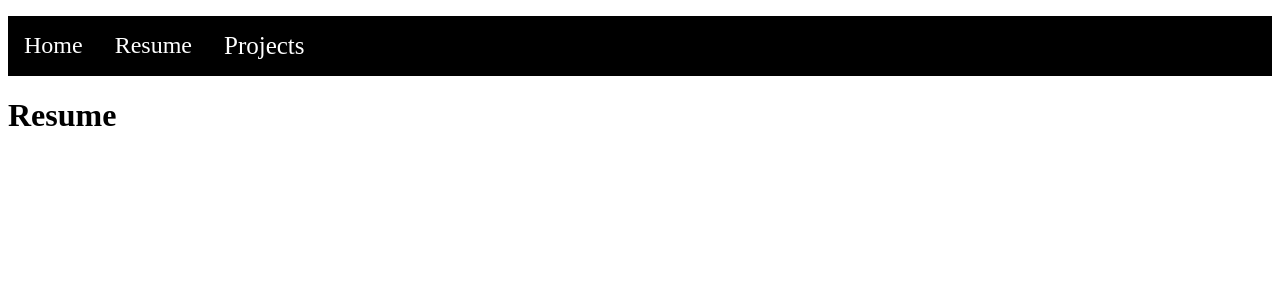
Repository: GunnarStone/GunnarStone.github.io
Page: resume.html
The author's editor kept a record of every edit. The page is drawn from the files as they stood at one moment, then again after the next edit.
The browser window is 1280 px wide. The pictures show the whole page.

Above is the page before.

### resume.html
<!DOCTYPE html>
<html>
<head>
<title>Home</title>
<style>
    .navbar {
        list-style:none;
        background-color:Black;
        overflow: hidden;
        padding:0;
    }
    .navbar a{
        text-decoration:none;
        color:white;
        font-size:24px;
        padding:16px;
        display: inline-block;
    }
    .navbar li{
        float:left;
        border-radius: 5px;
    }
    .navbar li:hover{
        background-color:Black;
    }
    .dropdown-cnt{
        list-style:none;
        padding:0;
        display:none;
    }
    .dropdown-cnt li{
        float:none;
        padding:0;
    }
    .navbar a, dropdown div {
        text-decoration:none;
        color:white;
        font-size:24px;
        padding:16px;
        display: inline-block;
    }
    .youre-Special{
        font-size: 25px;
        padding:16px;
        color:white;
        display:inline-block;
    }
    .dropdown:hover .dropdown-cnt{
        display:block;
    }
    .navbar a:hover{
        background-color:White;
        color:black;
    }
</style>
</head>
<body>
    <ul class=navbar>
        <li><a href="index.html">Home</a></li>
        <li class="active"><a href="resume.html">Resume</a></li>
        <li class="dropdown">
            <div class="youre-Special" >Projects</div>
            <ul class="dropdown-cnt">
                <li><a href="#">Project One</a></li>
                <li><a href="#">Project Two</a></li>
                <li><a href="#">Project Three</a></li>
            </ul>
        </li>
    </ul>
    <h1>Resume</h1>
<script>



</script>
</body>
</html>

### style.css

    .navbar {
        list-style:none;
        background-color:Black;
        overflow: hidden;
        padding:0;
    }
    .navbar a{
        text-decoration:none;
        color:white;
        font-size:24px;
        padding:16px;
        display: inline-block;
    }
    .navbar li{
        float:left;
        border-radius: 5px;
    }
    .navbar li:hover{
        background-color:Black;
    }
    .dropdown-cnt{
        list-style:none;
        padding:0;
        display:none;
    }
    .dropdown-cnt li{
        float:none;
        padding:0;
    }
    .navbar a, dropdown div {
        text-decoration:none;
        color:white;
        font-size:24px;
        padding:16px;
        display: inline-block;
    }
    .youre-Special{
        font-size: 25px;
        padding:16px;
        color:white;
        display:inline-block;
    }
    .dropdown:hover .dropdown-cnt{
        display:block;
    }
    .navbar a:hover{
        background-color:White;
        color:black;
    }
    .active {
        background-color:blue;
    }
        .navbar {
        list-style:none;
        background-color:Black;
        overflow: hidden;
        padding:0;
    }
    .navbar a{
        text-decoration:none;
        color:white;
        font-size:24px;
        padding:16px;
        display: inline-block;
    }
    .navbar li{
        float:left;
        border-radius: 5px;
    }
    .navbar li:hover{
        background-color:Black;
    }
    .dropdown-cnt{
        list-style:none;
        padding:0;
        display:none;
    }
    .dropdown-cnt li{
        float:none;
        padding:0;
    }
    .navbar a, dropdown div {
        text-decoration:none;
        color:white;
        font-size:24px;
        padding:16px;
        display: inline-block;
    }
    .youre-Special{
        font-size: 25px;
        padding:16px;
        color:white;
        display:inline-block;
    }
    .dropdown:hover .dropdown-cnt{
        display:block;
    }
    .navbar a:hover{
        background-color:White;
        color:black;
    }
    .active{
        background-color:blue;
    }

After the next edit:
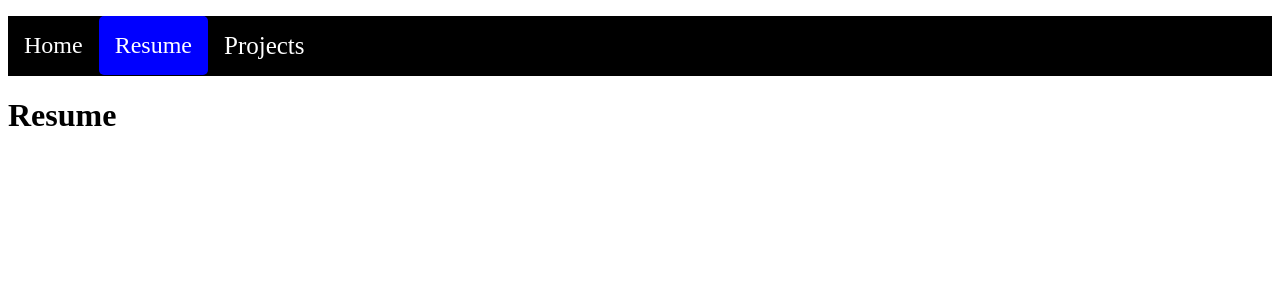
The edit:
--- a/resume.html
+++ b/resume.html
@@ -2,57 +2,7 @@
 <html>
 <head>
 <title>Home</title>
-<style>
-    .navbar {
-        list-style:none;
-        background-color:Black;
-        overflow: hidden;
-        padding:0;
-    }
-    .navbar a{
-        text-decoration:none;
-        color:white;
-        font-size:24px;
-        padding:16px;
-        display: inline-block;
-    }
-    .navbar li{
-        float:left;
-        border-radius: 5px;
-    }
-    .navbar li:hover{
-        background-color:Black;
-    }
-    .dropdown-cnt{
-        list-style:none;
-        padding:0;
-        display:none;
-    }
-    .dropdown-cnt li{
-        float:none;
-        padding:0;
-    }
-    .navbar a, dropdown div {
-        text-decoration:none;
-        color:white;
-        font-size:24px;
-        padding:16px;
-        display: inline-block;
-    }
-    .youre-Special{
-        font-size: 25px;
-        padding:16px;
-        color:white;
-        display:inline-block;
-    }
-    .dropdown:hover .dropdown-cnt{
-        display:block;
-    }
-    .navbar a:hover{
-        background-color:White;
-        color:black;
-    }
-</style>
+<link rel="stylesheet" type="text/css" href="style.css">
 </head>
 <body>
     <ul class=navbar>
